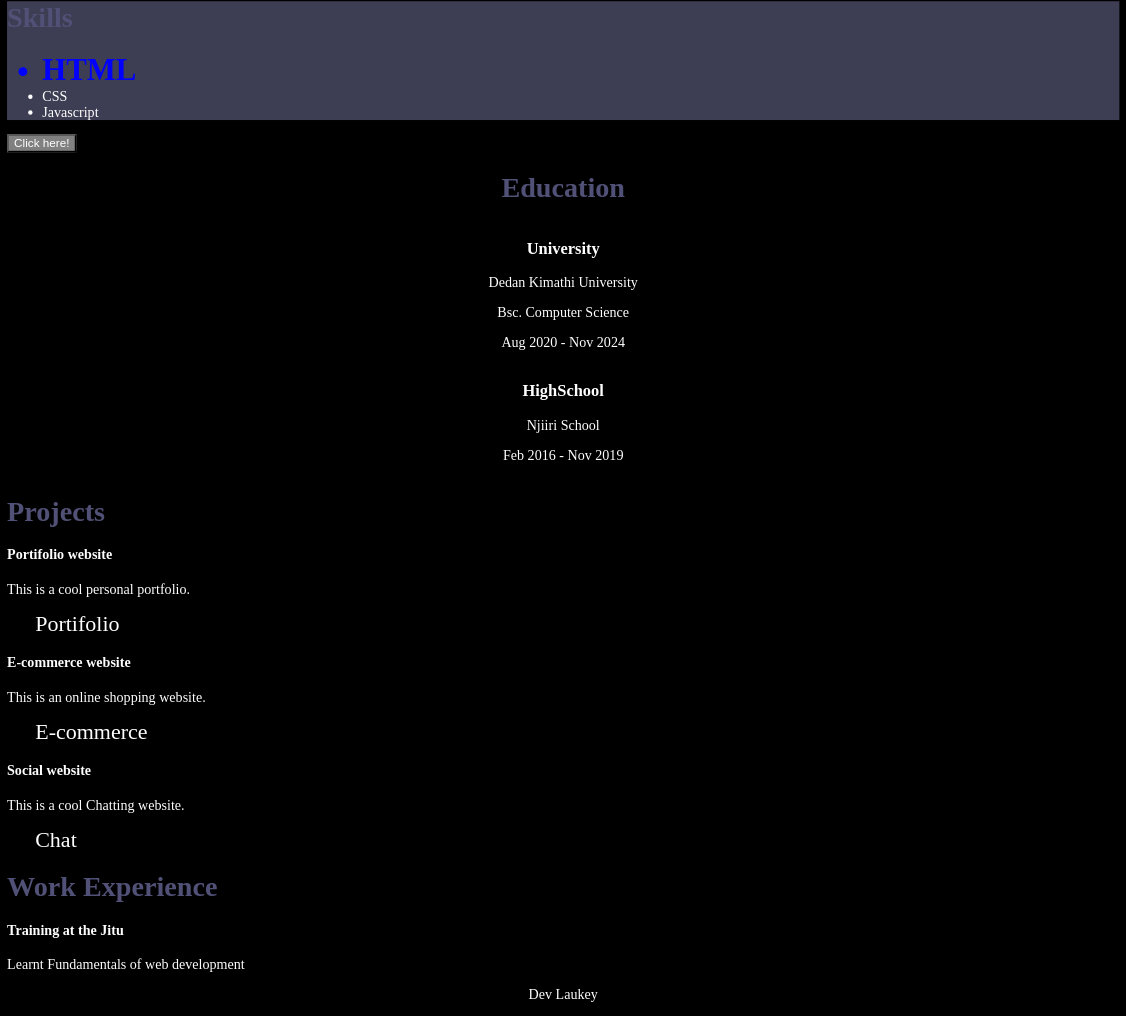
Repository: LaukeyMwaura/Jitu-Day-2
Page: index.html
The author's editor kept a copy of each file at every save. The page is drawn from the files as they stood at one save, then again after the next save.
The browser window is 1280 px wide. The pictures show the part of the page from y = 822 to 2026 px (the page is 1977 px tall before and 2026 px after), at 88% of full size.
A picture or video elsewhere on the page could not be fetched, so the positions and the page height are approximate.

Above is the page before, as saved 2022-05-11 14:48:01.

### index.html
<!DOCTYPE html>
<html lang="en">
  <head>
    <meta charset="UTF-8" />
    <meta http-equiv="X-UA-Compatible" content="IE=edge" />
    <meta name="viewport" content="width=device-width, initial-scale=1.0" />
    <title>First Site</title>
    <link rel="stylesheet" href="./style.css">
  </head>
  <body>
    <nav>
      <ul style="list-style-type: circle">
        <li><a href="#about">About </a></li>
        <li><a href="#skills">Skills </a></li>
        <li><a href="#education">Education </a></li>
        <li><a href="#projects">Projects </a></li>
        <li><a href="#work">Work </a></li>
      </ul>
    </nav>
    <div class="about" id="about">
      <h1 class="about">About Me</h1>
      <p>I am a software developer trainee.</p>
      <img
        height="450"
        weight="450"
        src="https://devlaukey.netlify.app/uploads/me.jpeg"
        alt=""
      />
      <p>Let's connect:</p>
      <a target="_blank" href="https://devlaukey.netlify.com/">Website</a>
      <a target="_blank" href="https://www.linkedin.com/in/devlaukey/"
        >LinkedIn</a
      >
      <a target="_blank" href="https://github.com/DevLaukey">Github</a>
    </div>
    <div class="skills" id="skills" style="background-color: rgb(61, 61, 83); color: white;">
      <h1>Skills</h1>
      <ul>
        <li id="html">HTML</li>
        <li>CSS</li>
        <li>Javascript</li>
      </ul>
    </div>
    <button>
      Click here!
    </button>
    <div class="education" id="education">
      <h1>Education</h1>
      <div class="">
        <h3>University</h3>
        <p>Dedan Kimathi University</p>
        <p>Bsc. Computer Science</p>
        <p>Aug 2020 - Nov 2024</p>
      </div>
      <div>
        <h3>HighSchool</h3>
        <p>Njiiri School</p>
        <p>Feb 2016 - Nov 2019</p>
      </div>
    </div>
    <div class="project" id="projects">
      <h1>Projects</h1>
      <div class="project" >
        <h4>Portifolio website</h4>
        <p>This is a cool personal portfolio.</p>
        <a href="https://devlaukey.netlify.app/">Portifolio</a>
      </div>
      <div class="project">
        <h4>E-commerce website</h4>
        <p>This is an online shopping website.</p>
        <a href="https://victor-100.web.app/">E-commerce</a>
      </div>
      <div class="project">
        <h4>Social website</h4>
        <p>This is a cool Chatting website.</p>
        <a href="https://messenger-clone-70550.web.app/">Chat</a>
      </div>
    </div>
    <div id="work" class="work">
      <h1>Work Experience</h1>
      <div>
        <h4>Training at the Jitu</h4>
        <p>Learnt Fundamentals of web development</p>
      </div>
    </div>

    <footer style="background-color: black; color: white; text-align: center">
      <p>Dev Laukey</p>
    </footer>
  </body>
</html>

### style.css
* {
  color: white;
}
body {
  background-color: black;
}

h1 {
  color: rgb(81, 81, 119);
}
.about {
  background-color: blue;
}
.education {
  text-align: center;
  display: flex;
  flex-direction: column;
}
#html {
  color: blue;
  font-weight: bold;
  font-size: 35px;
}
[href]{
    color: white;
    text-decoration: none;
    margin: 2rem;
    font-size: 25px;
}
button{
    background-color:gray;
    color: white;
    padding: auto;
}

After the next save:
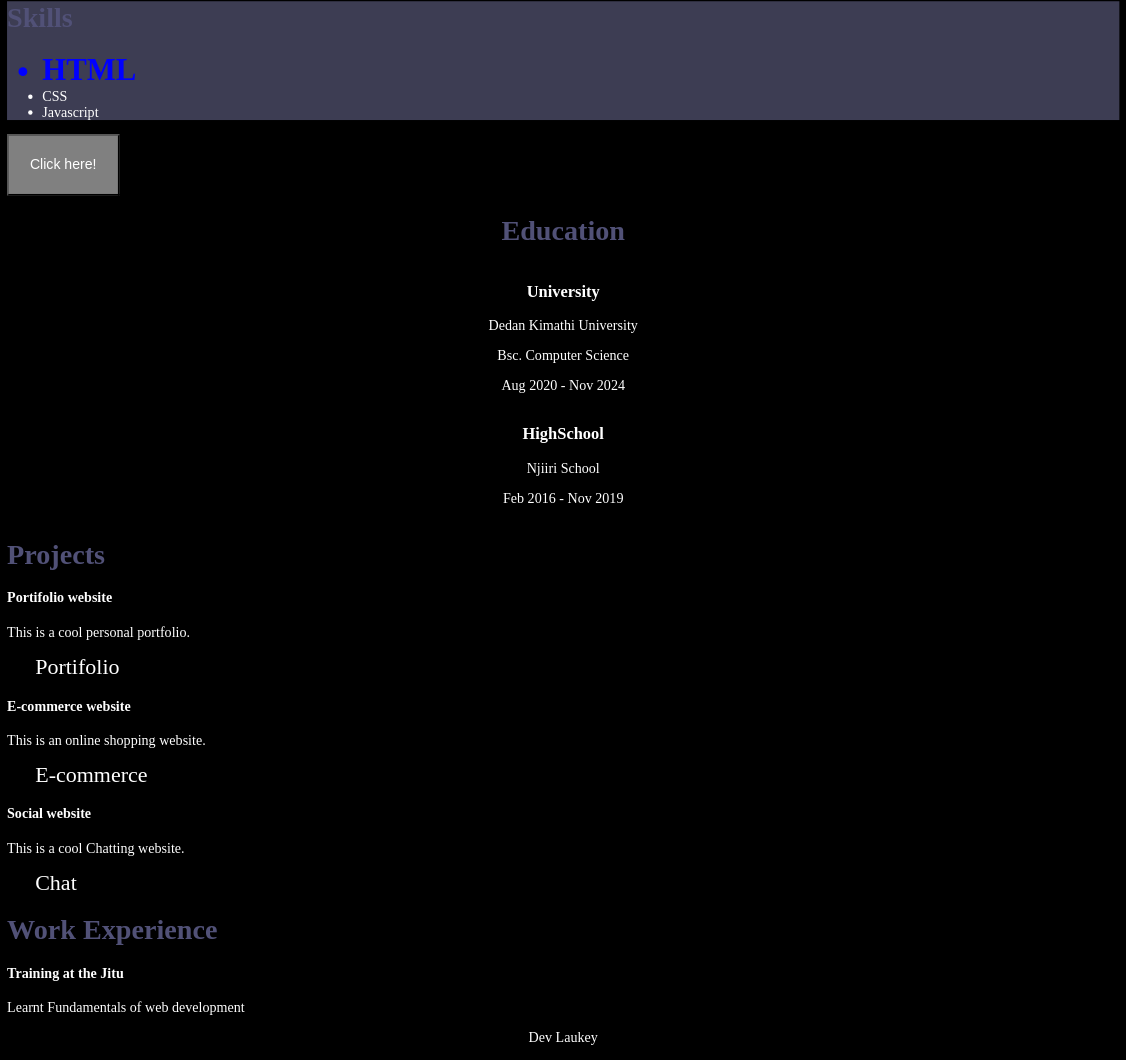
Saved 22 s later.
--- a/style.css
+++ b/style.css
@@ -30,5 +30,6 @@ h1 {
 button{
     background-color:gray;
     color: white;
-    padding: auto;
+    padding:  1.5rem;
+    font-size:1em;
 }
